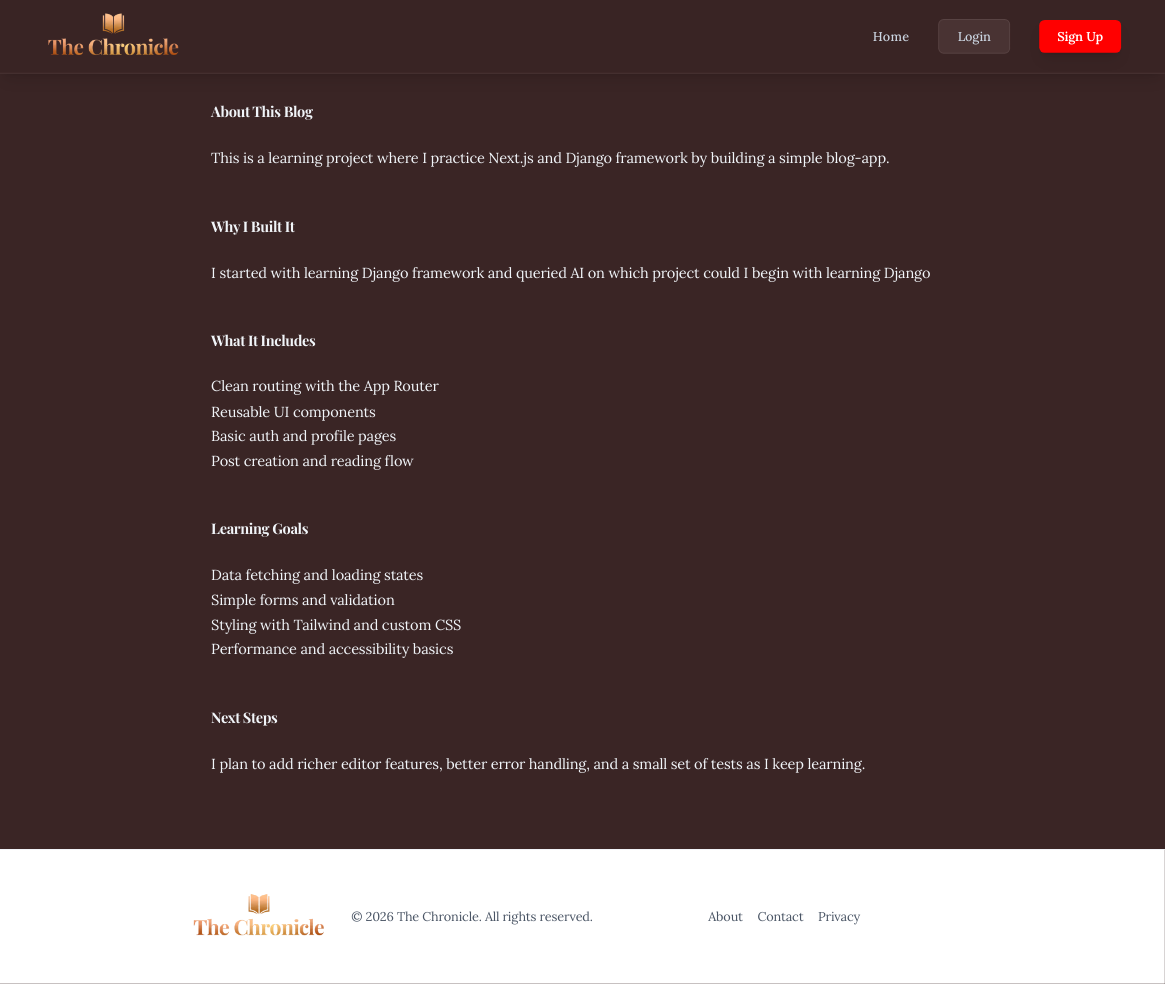
Repository: swaruplamsal/BasicBlogApp
Page: /about (app in blog-frontend/)
These files come from the project's save history. The page is drawn as it stood at one moment and after a run of saves; the edit follows.
The browser window is 1280 px wide. The pictures show the whole page, at 91% of full size.
The page's requests for data from a server got no answer. The project was rebuilt for these pictures with package versions that can differ from the ones it lists, and the page was loaded fresh each time. The framework's server and built-in components were replaced by stand-ins that run in the browser. No one was signed in, and anything a server would have sent is missing. Also part of the build but not shown: blog-frontend/next.config.mjs, blog-frontend/app/components/Avatar.js.

Above is the page before, as saved 2026-02-07 20:53:16.

After the next 3 saves:
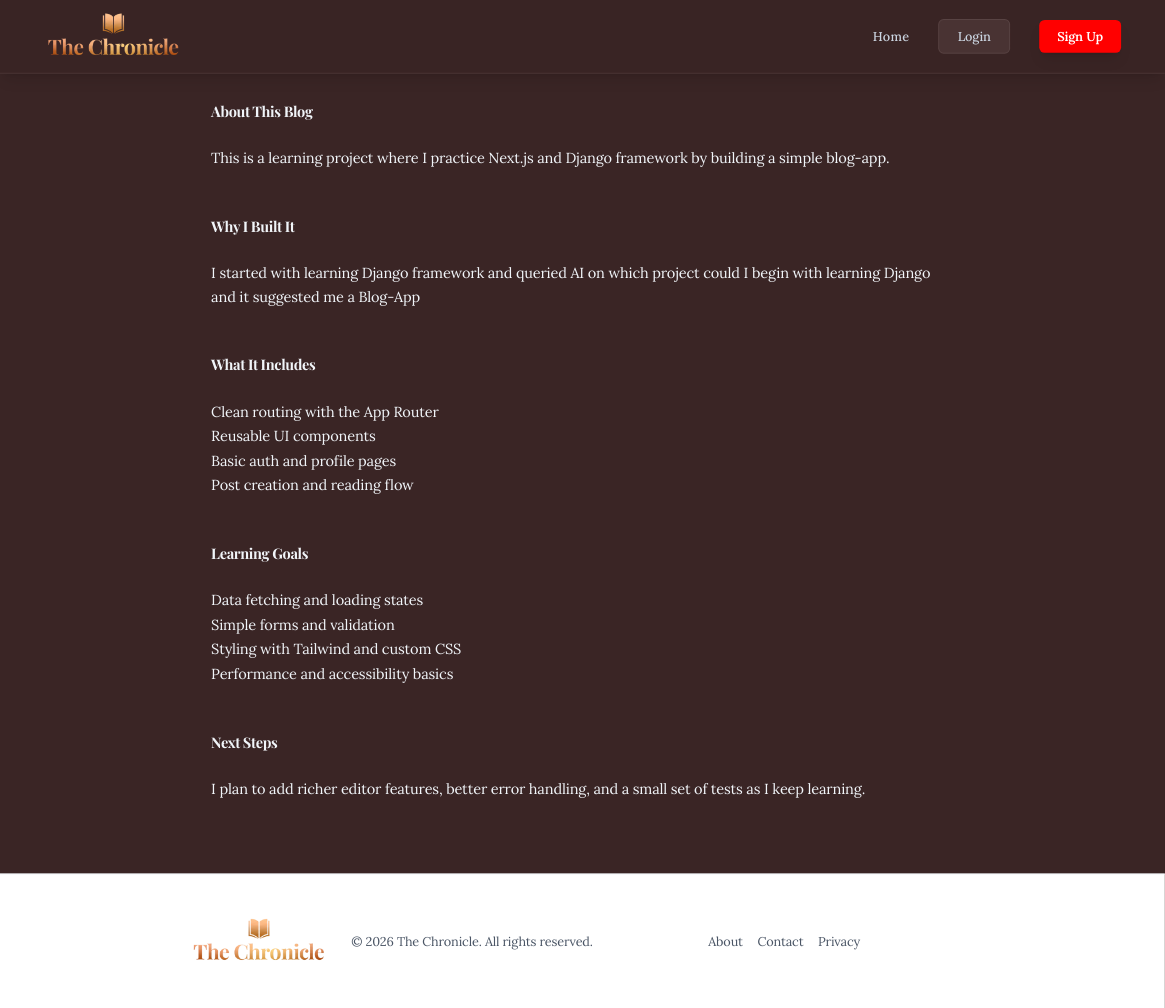
The 3 saves are shown as one change because they came seconds apart.
The last was saved 24 s later.
--- a/blog-frontend/app/about/page.js
+++ b/blog-frontend/app/about/page.js
@@ -23,7 +23,8 @@ export default function About() {
           <br />
           <p>
             I started with learning Django framework and queried AI on which
-            project could I begin with learning Django
+            project could I begin with learning Django and it suggested me a
+            Blog-App
           </p>
         </section>
         <br />
